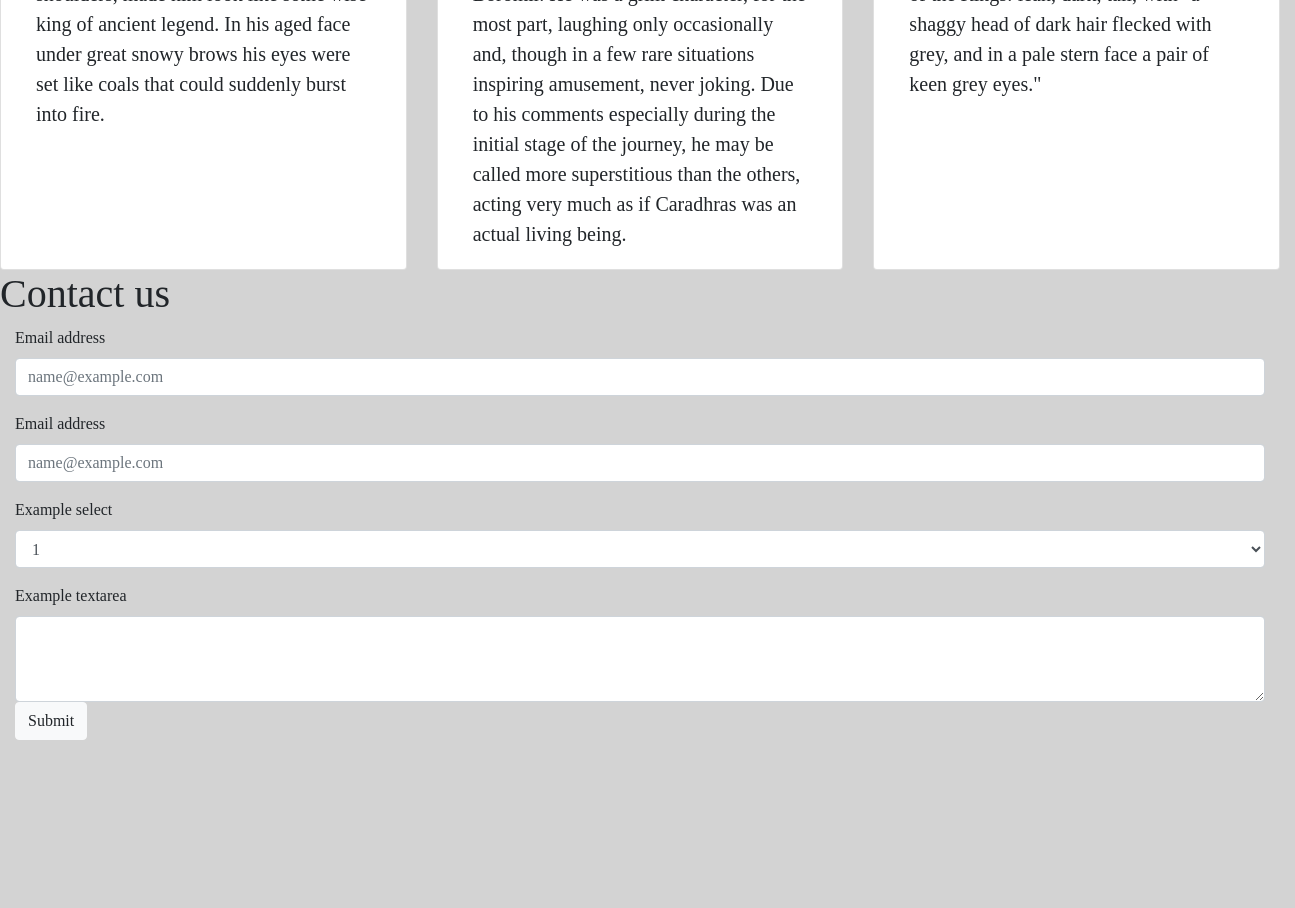
Repository: Khaleddwm/FindThePrecious
Page: index.html
The author's editor kept a copy of each file at every save. The page is drawn from the files as they stood at one save, then again after the next save.
The browser window is 1280 px wide. The page is 1295 px wide, so the pictures cover 1295 px, including what lies to the right of the window. The pictures show the part of the page from y = 1590 to 2514 px (the page is 2498 px tall before and 2514 px after).
Some web fonts or font styles are not loaded; a fallback is used.

Above is the page before, as saved 2020-05-24 16:56:12.

### index.html
<!DOCTYPE html>
<html lang="en">
<head>
    <meta charset="UTF-8">
    <meta name="viewport" content="width=device-width, initial-scale=1.0">
    <title>FindThePrecious</title>
    <link href="https://fonts.googleapis.com/css2?family=Bad+Script&display=swap" rel="stylesheet">
    <!-- CSS only -->
    <link rel="stylesheet" href="https://stackpath.bootstrapcdn.com/bootstrap/4.5.0/css/bootstrap.min.css" integrity="sha384-9aIt2nRpC12Uk9gS9baDl411NQApFmC26EwAOH8WgZl5MYYxFfc+NcPb1dKGj7Sk" crossorigin="anonymous">
    <link rel="stylesheet" href="style.css">
    <!-- JS, Popper.js, and jQuery -->
    <script src="https://code.jquery.com/jquery-3.5.1.slim.min.js" integrity="sha384-DfXdz2htPH0lsSSs5nCTpuj/zy4C+OGpamoFVy38MVBnE+IbbVYUew+OrCXaRkfj" crossorigin="anonymous"></script>
    <script src="https://cdn.jsdelivr.net/npm/popper.js@1.16.0/dist/umd/popper.min.js" integrity="sha384-Q6E9RHvbIyZFJoft+2mJbHaEWldlvI9IOYy5n3zV9zzTtmI3UksdQRVvoxMfooAo" crossorigin="anonymous"></script>
    <script src="https://stackpath.bootstrapcdn.com/bootstrap/4.5.0/js/bootstrap.min.js" integrity="sha384-OgVRvuATP1z7JjHLkuOU7Xw704+h835Lr+6QL9UvYjZE3Ipu6Tp75j7Bh/kR0JKI" crossorigin="anonymous"></script>
</head>
<body>
    <nav class="navbar navbar-expand-sm navbar-dark bg-dark">
        <a href"index.html" class="titleNav navbar-brand">FindThePrecious.com</a>
        <button class="navbar-toggler" data-toggle="collapse" data-target="#navbarMenu">
            <span class="navbar-toggler-icon"></span>
        </button>
        <div class="collapse navbar-collapse" id="navbarMenu">
            <ul class="navbar-nav">
                <li class="nav-item">
                    <a href="#" class="nav-link">Fellows</a>
                </li>
                <li>
                    <a href="#" class="nav-link">Contact us</a>
                </li>
            </ul>
        </div>
    </nav>
    <div id="carouselControls" class="carousel slide" data-ride="carousel">
        <div class="carousel-inner">
            <div class="carousel-caption d-none d-block">
                <h1>Dangerous fellowship try to destroy the ring</h1>
                <p>Orcs, Goblins, Balrogs, protect your master Sauron !</p>
            </div>
            <div class="carousel-item active">
                <img class="d-block w-100" src="https://img.phonandroid.com/2018/04/seigneur-des-anneaux.jpg" alt="First slide">
            </div>
            <div class="carousel-item">
                <img class="d-block w-100" src="https://www.journaldugeek.com/content/uploads/2019/07/lord-of-the-rings-gollum-new-lotr-stealth-game-coming-2021-from-daedalic-entertainment-767717.jpg" alt="Second slide">
            </div>
            <div class="carousel-item">
                <img class="d-block w-100" src="https://static.fnac-static.com/multimedia/Images/FD/Comete/123445/CCP_IMG_ORIGINAL/1608701.jpg" alt="Third slide">
            </div>
        </div>
        <a class="carousel-control-prev" href="#carouselControls" role="button" data-slide="prev">
            <span class="carousel-control-prev-icon" aria-hidden="true"></span>
            <span class="sr-only">Previous</span>
        </a>
        <a class="carousel-control-next" href="#carouselControls" role="button" data-slide="next">
            <span class="carousel-control-next-icon" aria-hidden="true"></span>
            <span class="sr-only">Next</span>
        </a>
    </div>
    <div class="wanted">
        <div class="wanted-title">
            <h1>Fellows wanted dead (or alive if you want to eat them later)</h1>
        </div>
        <div class="card-deck">
            <div class="card col-xs-12 col-md-4">
                <img src="https://kr4v3n.github.io/Sauron/img/gandalf.png" class="card-img-top" alt="Gandalf">
                <div class="living card-img-overlay">
                    <h2>Reward 1000 gold coins</h2>
                </div>
                <div class="card-body">
                    <h2 class="card-title">Gandalf</h2>
                    <p class="card-text">
                        Gandalf was shorter in stature than the other two; but his long white hair,
                        his sweeping silver beard, and his broad shoulders, made him look like some wise king of ancient legend.
                        In his aged face under great snowy brows his eyes were set like coals that could suddenly burst into fire.
                    </p>
                </div>
            </div>
            <div class="card col-xs-12 col-md-4">
                <img src="https://kr4v3n.github.io/Sauron/img/gimli.png" class="card-img-top" alt="Gimli">
                <div class="dead card-img-overlay">
                    <h2>DEAD</h2>
                </div>
                <div class="card-body">
                    <h2 class="card-title">Gimli</h2>
                    <p class="card-text">
                        Gimli throughout the War showed perhaps the greatest open contempt for Sauron and his minions, save possibly Boromir.
                        He was a grim character, for the most part, laughing only occasionally and, though in a few rare situations inspiring amusement,
                        never joking. Due to his comments especially during the initial stage of the journey, he may be called more superstitious than the others,
                        acting very much as if Caradhras was an actual living being.
                    </p>
                </div>
            </div>
            <div class="card col-xs-12 col-md-4">
                <img src="https://kr4v3n.github.io/Sauron/img/aragorn.png" class="card-img-top" alt="Aragorn">
                <div class="living card-img-overlay">
                    <h2>Reward 250 gold coins</h2>
                </div>
                <div class="card-body">
                    <h2 class="card-title">Aragorn</h2>
                    <p class="card-text">
                        An artist's conception of Aragorn at The Prancing Pony Tolkien gives
                        a brief but detailed description of him in The Lord of the Rings: lean, dark, tall, with
                        "a shaggy head of dark hair flecked with grey, and in a pale stern face a pair of keen grey eyes."
                    </p>
                </div>
            </div>
        </div>
    </div>
    <div>
        <h1>Contact us</h1>
        <form class="container-fluid">
            <div class="form-group">
                <label for="email">Email address</label>
                <input type="email" class="form-control" id="email" placeholder="name@example.com">
            </div>
            <div class="form-group">
                <label for="email">Email address</label>
                <input type="email" class="form-control" id="email" placeholder="name@example.com">
            </div>
            <div class="form-group">
                <label for="select">Example select</label>
                <select class="form-control" id="select">
                    <option>1</option>
                    <option>2</option>
                    <option>3</option>
                    <option>4</option>
                    <option>5</option>
                </select>
            </div>
            <div class="form">
                <label for="textarea">Example textarea</label>
                <textarea class="form-control" id="textarea" rows="3"></textarea>
            </div>
            <div class="form pull-right">
                <button type="submit" class="btn btn-light" id="submit">Submit</button>
            </div>
        </form>
    </div>
</body>
</html>

### style.css
body {
    font-family: 'Bad Script', cursive;
    background-color: lightgrey;
}

#navbarMenu, .titleNav {
    font-size: 30px;
}

.navbar {
    overflow: hidden;
    position: fixed; /* Set the navbar to fixed position */
    top: 0; /* Position the navbar at the top of the page */
    width: 100%; /* Full width */
    z-index: 1000;
}

/* Change background on mouse-over */
#navbarMenu a:hover {
    background: lightgray;
    color: black;
}

#carouselControls {
    padding-top: 60px;
}

p {
    font-size: 20px;
}

img {
    width: auto;
    height: 600px;
}

.wanted-title {
    text-align: center;
    margin: 50px;
}
/* hover for living */
.living h2 {
    background-color: lightgray;
}

.living {
    opacity: 0;
}

.living:hover {
    opacity: 1;
    text-align: center;
}

/* hover for dead */
.dead {
    opacity: 0;
}

.dead:hover {
    opacity: 1;
    text-align: center;
    background-color: lightgray;
}

After the next save:
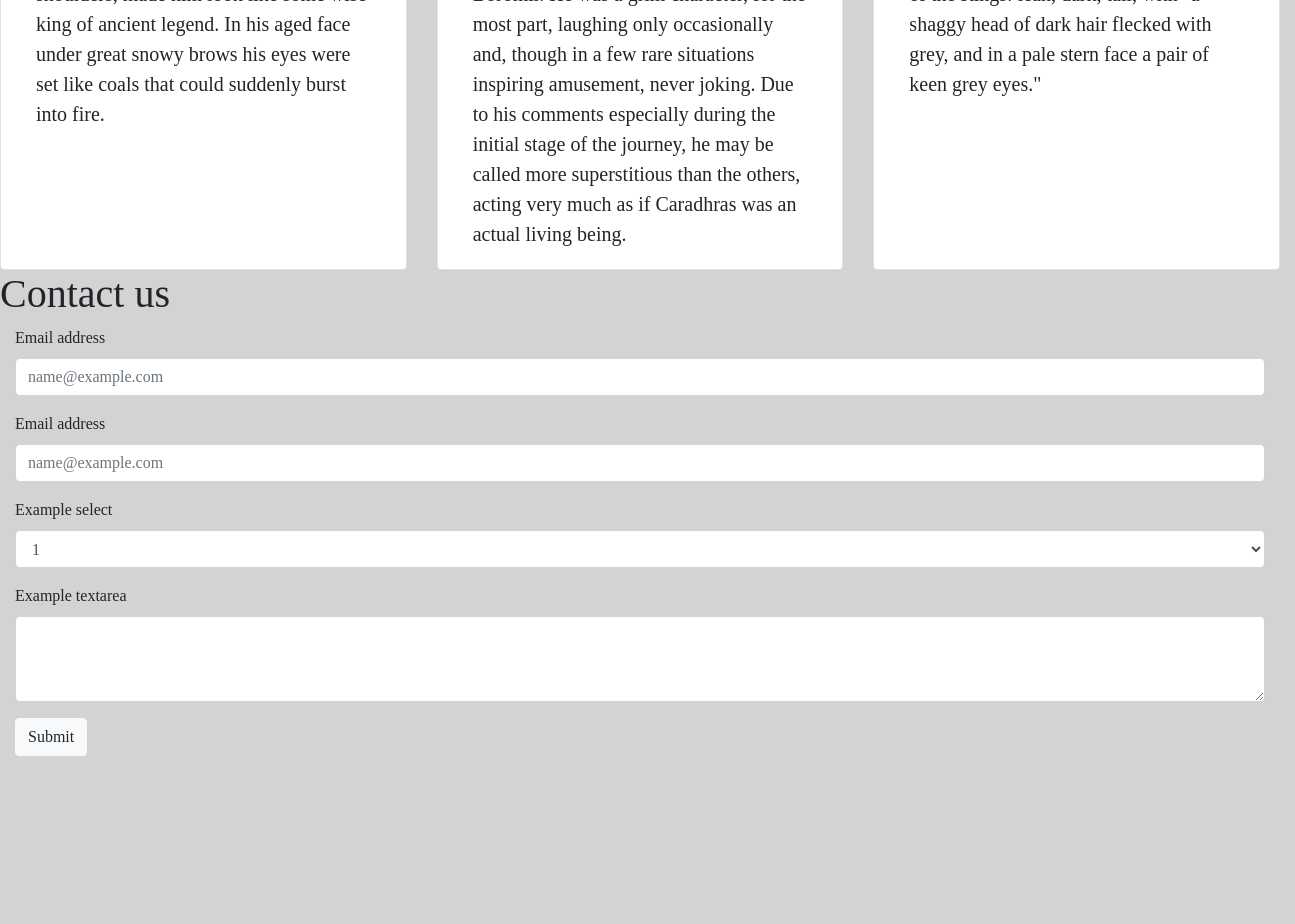
Saved 24 s later.
--- a/index.html
+++ b/index.html
@@ -126,7 +126,7 @@
                     <option>5</option>
                 </select>
             </div>
-            <div class="form">
+            <div class="form-group">
                 <label for="textarea">Example textarea</label>
                 <textarea class="form-control" id="textarea" rows="3"></textarea>
             </div>
